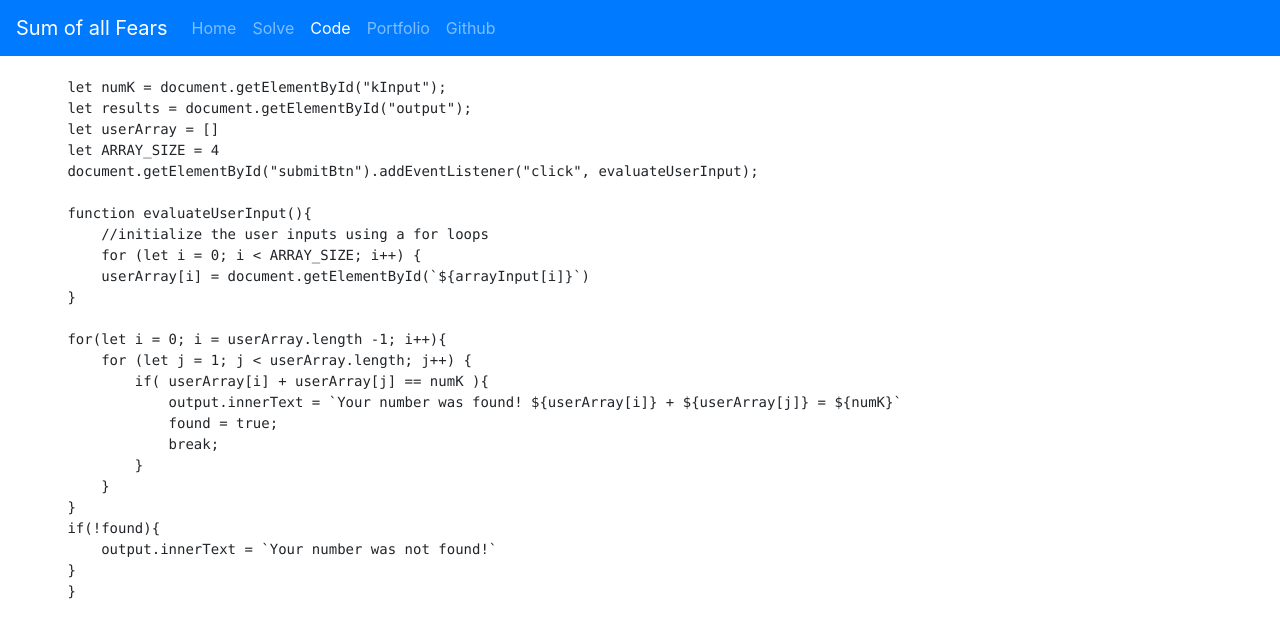
Repository: zhadjah9559/BrainBufferOverflow
Page: code.html
An editor plug-in stored every save of this project. The page is shown before and after the next save, followed by the edit.
The browser window is 1280 px wide. The pictures show the whole page.

Above is the page before, as saved 2021-01-18 00:54:41.

After the next save:
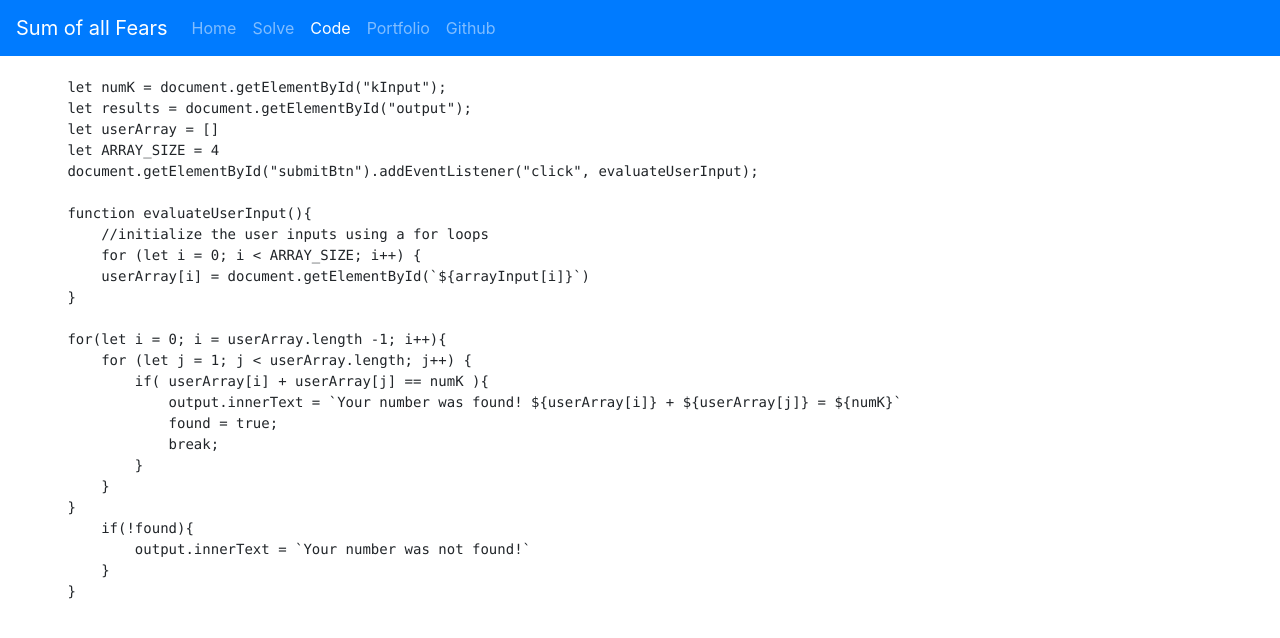
Saved 4 s later.
--- a/code.html
+++ b/code.html
@@ -60,9 +60,9 @@
                 }
             }
         }
-        if(!found){
-            output.innerText = `Your number was not found!`
-        }
+            if(!found){
+                output.innerText = `Your number was not found!`
+            }
         }
     </code></pre>
 
